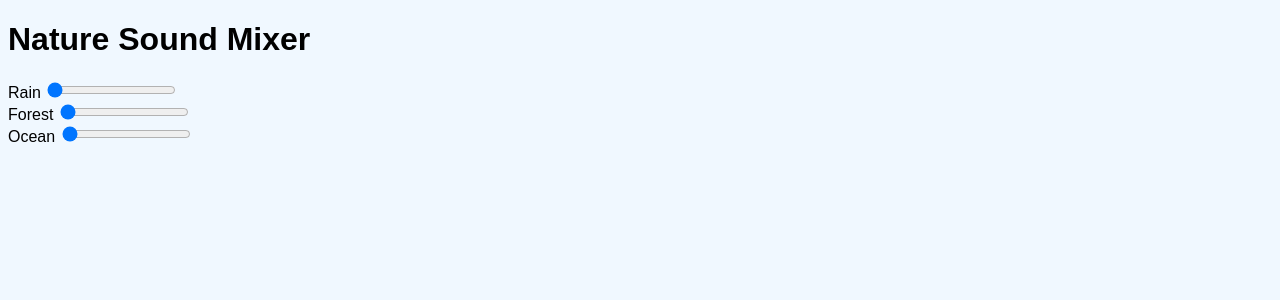
Repository: Suonii/nature-sound-mixer
Page: index.html
An editor plug-in stored every save of this project. The page is shown before and after a run of saves, followed by the edit.
The browser window is 1280 px wide. The pictures show the whole page.

Above is the page before, as saved 2024-07-24 09:53:50.

### index.html
<!DOCTYPE html>
<!-- Declares the document type and version of HTML-->
<html lang="en">
<!-- Sets the language attribute to english-->
<head>
    <!--sets the character encoding for the document UTF-8-->
    <meta charset="UTF=8">
    <!--ensures the page is responsive to different screen sizes and sets the viewport(the visible area of a webpage)-->
    <meta name="viewport" content="width=device-width, initial-scale=1.0">
    <!--the title of the webpage, displayed in the browser tab-->
    <title>Nature Sound Mixer</title>
    <!--links to the external css file for styling the webpage-->
    <link rel="stylesheet" href="styles.css">

</head>
<body>
    <!--The main container for te content of the web page-->
    <div class="container">
        <!--header title for the nature sound mixer-->
        <h1>Nature Sound Mixer</h1>

        <!--sound control section for rain sound-->
        <div class="sound control" id="rain">
            <!--label for the rain volume slider-->
            <label for="rain-slider">Rain</label>
            <!--Range input slider for controlling rain sound volume-->
            <input type="range" min="0" max="1" step="0.01" value="0" class="volume-slider" id="rain-slider">
    </div>

    <!--sound control section for forest sound-->
    <div class="sound-control" id="forest">
        <!--label for the forest volume slider-->
        <label for="forest-slider">Forest</label>
        <!--Range input slider for controlling forest sound volume -->
        <input type="range" min="0" max="1" step="0.01" value="0" class="volume-slider" id="forest-slider">
    </div>

    <!--sound control section for ocean sound-->
    <div class=" sound-control" id="ocean">
        <!--label for the volume slider-->
        <label for="ocean-slider">Ocean</label>
        <!--range input slider for controlling ocean sound volume-->
        <input type="range" min="0" max="1" step="0.01" value="0" class="volume-slider" id="ocean-slider">
    </div>
</div>
<!--links to the external javascript file for adding functionality-->
<script src="script.js"></script>
</body>
</html>

### styles.css
/*basic styling for the body element*/
body {
    /*sets the font family for the body text*/
    font-family: Arial, sans-serif;
    /*background color of the page*/
    background-color: #f0f8ff;
    /*text color for the page*/
    color:
}

Loaded but not shown: script.js (no copy from this time; the picture is the same without it)

After the next 2 saves:
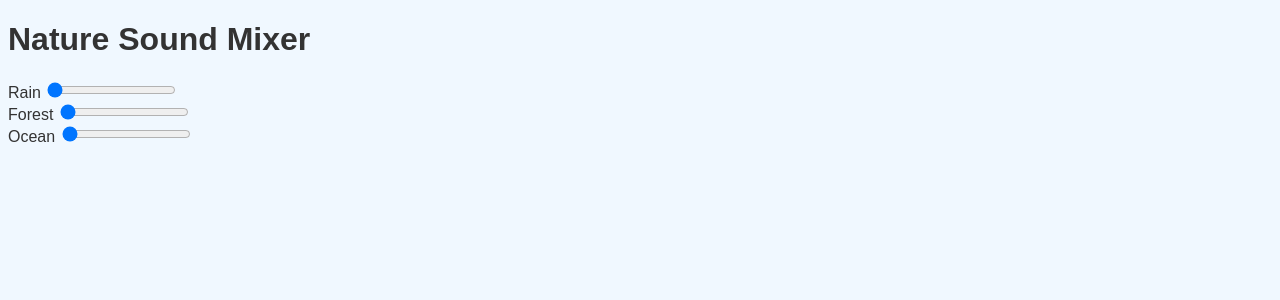
The 2 saves are shown as one change because they came seconds apart.
The last was saved 8 s later.
--- a/styles.css
+++ b/styles.css
@@ -5,5 +5,6 @@ body {
     /*background color of the page*/
     background-color: #f0f8ff;
     /*text color for the page*/
-    color:
+    color: #333;
+
 }
